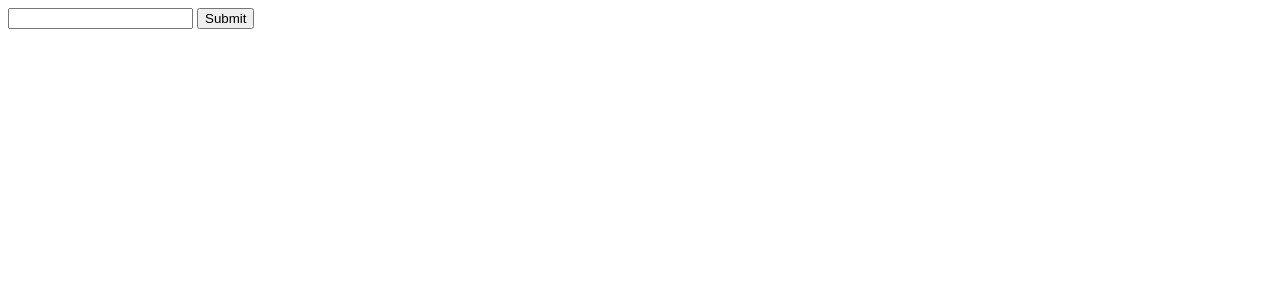
Repository: poiup/Spring
Page: http://localhost/SpringBasic/moneyForm
An editor plug-in stored every save of this project. The page is shown before and after the next save, followed by the edit.
The browser window is 1280 px wide. The pictures show the whole page.
The page is served by Tomcat 9.

Above is the page before, as saved 2022-03-30 01:33:17.

After the next save:
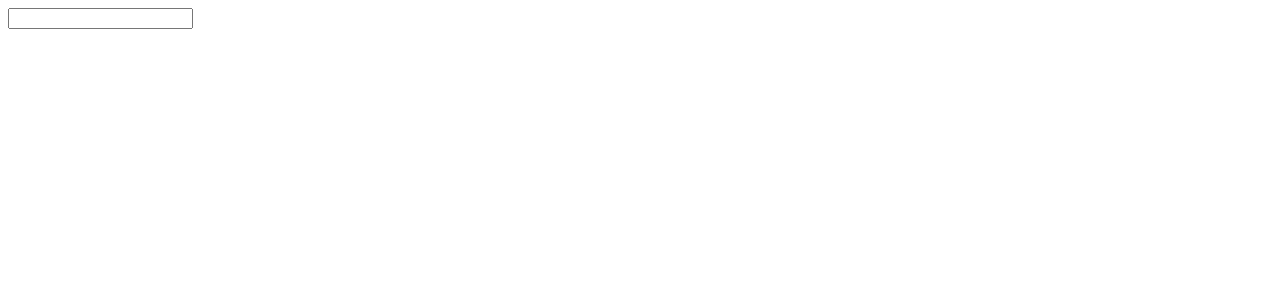
Saved 10 s later.
--- a/SpringBasic/src/main/webapp/WEB-INF/views/moneyForm.jsp
+++ b/SpringBasic/src/main/webapp/WEB-INF/views/moneyForm.jsp
@@ -10,7 +10,7 @@
 
 	<form action="#">
 		<input type="text" name="won">
-		<input type="submit">
+		<input type="submit" value="전송>
 	</form>
 
 </body>

After the save that followed:
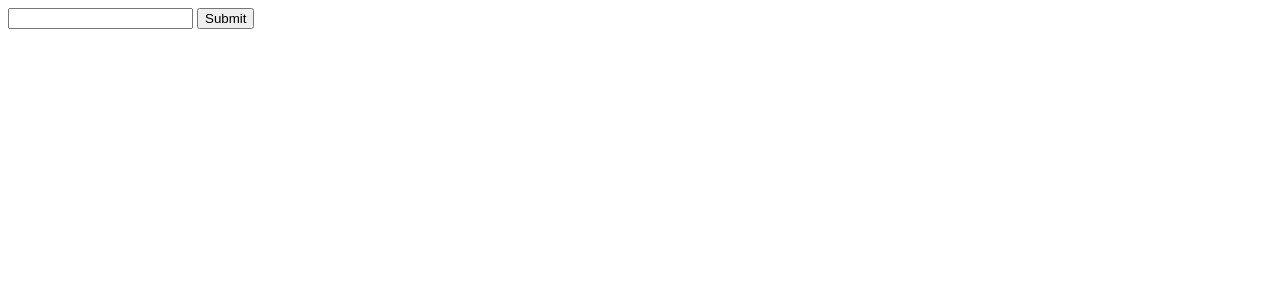
Saved 6 s later.
--- a/SpringBasic/src/main/webapp/WEB-INF/views/moneyForm.jsp
+++ b/SpringBasic/src/main/webapp/WEB-INF/views/moneyForm.jsp
@@ -10,7 +10,7 @@
 
 	<form action="#">
 		<input type="text" name="won">
-		<input type="submit" value="전송>
+		<input type="submit">
 	</form>
 
 </body>
